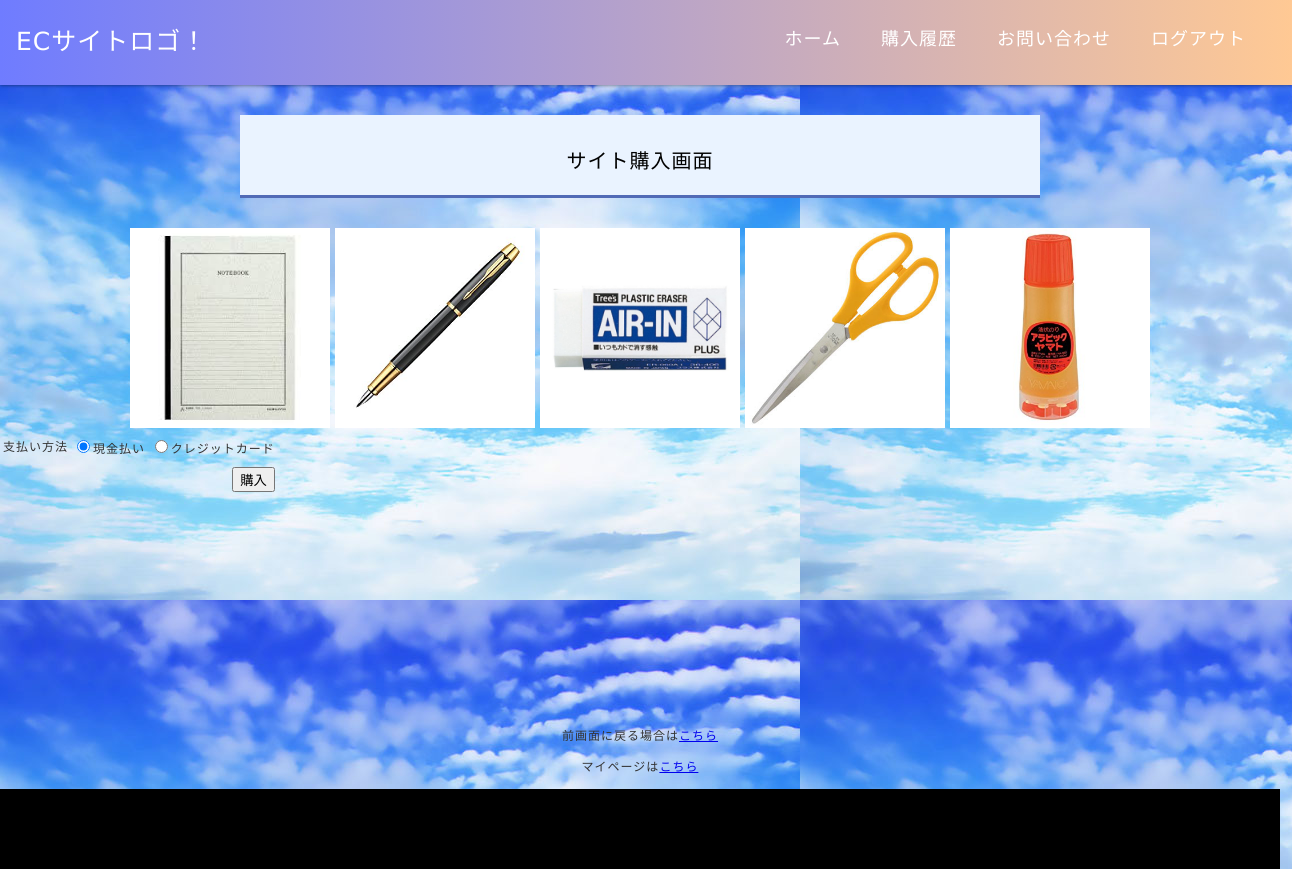
Repository: omosiromusic10/test
Page: http://localhost/ecsite/buyItem.jsp
The author's editor kept a copy of each file at every save. The page is drawn from the files as they stood at one save, then again after the next save.
The browser window is 1280 px wide. The page is 1292 px wide, so the pictures cover 1292 px, including what lies to the right of the window. The pictures show the whole page.
Some web libraries are served in a nearby version. The page is served by Tomcat 9. Other server files are loaded and not shown.

Above is the page before, as saved 2018-07-04 08:18:52.

### ecsite/WebContent/buyItem.jsp
<%@ page language="java" contentType="text/html; charset=UTF-8"
    pageEncoding="UTF-8"%>
<%@ taglib prefix="s" uri="/struts-tags" %>
<!DOCTYPE html PUBLIC "-//W3C//DTD HTML 4.01 Transitional//EN" "http://www.w3.org/TR/html4/loose.dtd">
<html>
<head>
<meta http-equiv="Content-Type" content="text/html; charset=UTF-8">
<meta http-equiv="Content-Style-Type" content="text/css" />
<meta http-equiv="Content-Script-Type" content="text/javascript" />
<meta http-equiv="imagetoolbar" content="no" />
<meta name="description" content=""/>
<meta name="keywords" content="" />
<script src="http://ajax.googleapis.com/ajax/libs/jquery/1.9.1/jquery.min.js"></script>
  <script type="text/javascript" src="https://ajax.googleapis.com/ajax/libs/jquery/3.1.1/jquery.min.js"></script>
<title>BuyItem画面</title>

<style type="text/css">
/* ========TAG LAYOUT======== */
body{
  margin: 0;
  padding: 0;
  line-height: 1.6;
  letter-spacing: 1px;
  font-family:Verdana, Helvetica, sans-serif;
  font-size: 12px;
  color: #333;
  background: #fff;
  background-image:url("./img/image6.jpg");
}
table .roop{
  text-align: center;
  margin: 0 auto;
  float: left;
}
table .notroop{
  clear:both;
  text-align: center;
  margin: 0 auto;
}
/* ========ID LAYOUT======== */
#top{
  width: 780px;
  margin: 30px auto;
  padding: 0.5em;
  color: #010101;
  font-size:20px;
  background: #eaf3ff;
  border-bottom: solid 3px #516ab6;
  height: 60px;
}
#header{
  width: 100%;
  height: 80px;
  osition: relative;
  padding: 0.2em 0.5em;
  background: -moz-linear-gradient(to right, rgb(111, 124, 255), #ffc994);
  background: -webkit-linear-gradient(to right, rgb(111, 124, 255), #ffc994);
  background: linear-gradient(to right, rgb(111, 124, 255), #ffc994);
  color: white;
  font-weight: lighter;
  box-shadow: 0 0 4px rgba(0, 0, 0, 0.56);
}
.logo{
  float:left;
  width:200px;
  padding-left:10px;
  color:white;
  font-size:25px;
  line-height:80px;
}

#header ul{
  float:right;
  line-height:50px;
}
#header ul li{
  float:left;
  list-style:none;
  padding-right:40px;
  color:white;
  font-size:18px;
}
.home a {
  text-decoration:none;
  color:white;
}
#main{
  width: 100%;
  height: 600px;
  text-align: center;
}
.image{
  padding-right :50px;
   padding-left :50px;
}
#back{
  clear: both;
  text-align: center;
  margin: 0 auto;
}
#footer{
  width: 100%;
  height: 80px;
  background-color: black;
  clear: both;
}

</style>
<script type="text/javascript">
    jQuery(function(){
    $(function(){
    $(".home a").hover(
    function(){
    	$(this).css("color","gray");
    },
    function(){
    	$(this).css("color","white");
    });
    });
    });
  </script>
</head>
<body>
    <div id="header">
        <div id="pr">
	 <div class="logo">ECサイトロゴ！</div>
	 <ul class="home">
	     <li><a href="home.jsp">ホーム</a></li><!--  ただhomeページに戻すだけ-->
	     <li><a href='<s:url action="MyPageAction"  />'>購入履歴</a></li>   <!-- これはMyPageActionを経由させつつ移動させなくてはいけない。 -->
	     <li><a href='<s:url action="InquiryAction" />'>お問い合わせ</a></li>  <!-- inquiryActioに連結させてそこからお問い合わせを出来るようにする -->
	     <li><a href='<s:url action="LogoutAction"  />'>ログアウト</a></li> <!-- これはlogoutActionを経由してつなげなくてはいけない。 -->
	 </ul>
	 </div>
        </div>
    <div id="main">
        <div id="top">
           <p>サイト購入画面</p>
        </div>
        <s:form action="BuyItemAction">
        <div class="image">
            <input type="image" src="./img/images.jpg"  width="200px" />
            <input type="image" src="./img/image2.jpg"  width="200px" />
            <input type="image" src="./img/image3.jpg"  width="200px" />
            <input type="image" src="./img/image4.jpg"  width="200px" />
            <input type="image" src="./img/image5.jpg"  width="200px" />
        </div>
            <s:iterator value="buyItemList">
                <table class="roop">
                <tr>
                    <td>
                        <span>商品名</span>
                    </td>
                    <td>
                        <s:property value="itemName" /><br>
                    </td>
                </tr>
                 <tr>
                    <td>
                        <span>値段</span>
                    </td>
                    <td>
                        <s:property value="itemPrice" /><span>円</span><br>
                    </td>
                </tr>
                 <tr>
                    <td>
                        <span>商品個数</span>
                    </td>
                    <td>
                        <select name="count">
                            <option value="0" selected="selected">0</option>
                            <option value="1">1</option>
                            <option value="2">2</option>
                            <option value="3">3</option>
                            <option value="4">4</option>
                            <option value="5">5</option>
                        </select>
                    </td>
                </tr>
                </table>
            </s:iterator>
            <table class="notroop">
                <tr>
                    <td>
                        <span>支払い方法</span>
                    </td>
                    <td>
                        <input type="radio" name="pay" value="1" checked="checked">現金払い
                         <input type="radio" name="pay" value="2">クレジットカード
                    </td>
                </tr>
                <tr>
                    <td>
                        <s:submit value="購入"/>
                    </td>
                </tr>
          </table>
              </s:form>
              </div>
                <div id ="back">
            <p>前画面に戻る場合は<a href='<s:url action="GoHomeAction" />'>こちら</a></p>
            <p>マイページは<a href='<s:url action="MyPageAction"  />'>こちら</a></p>
                </div>


<div id="footer">
    <div id="pr">
    </div>
</div>

</body>
</html>

After the next save:
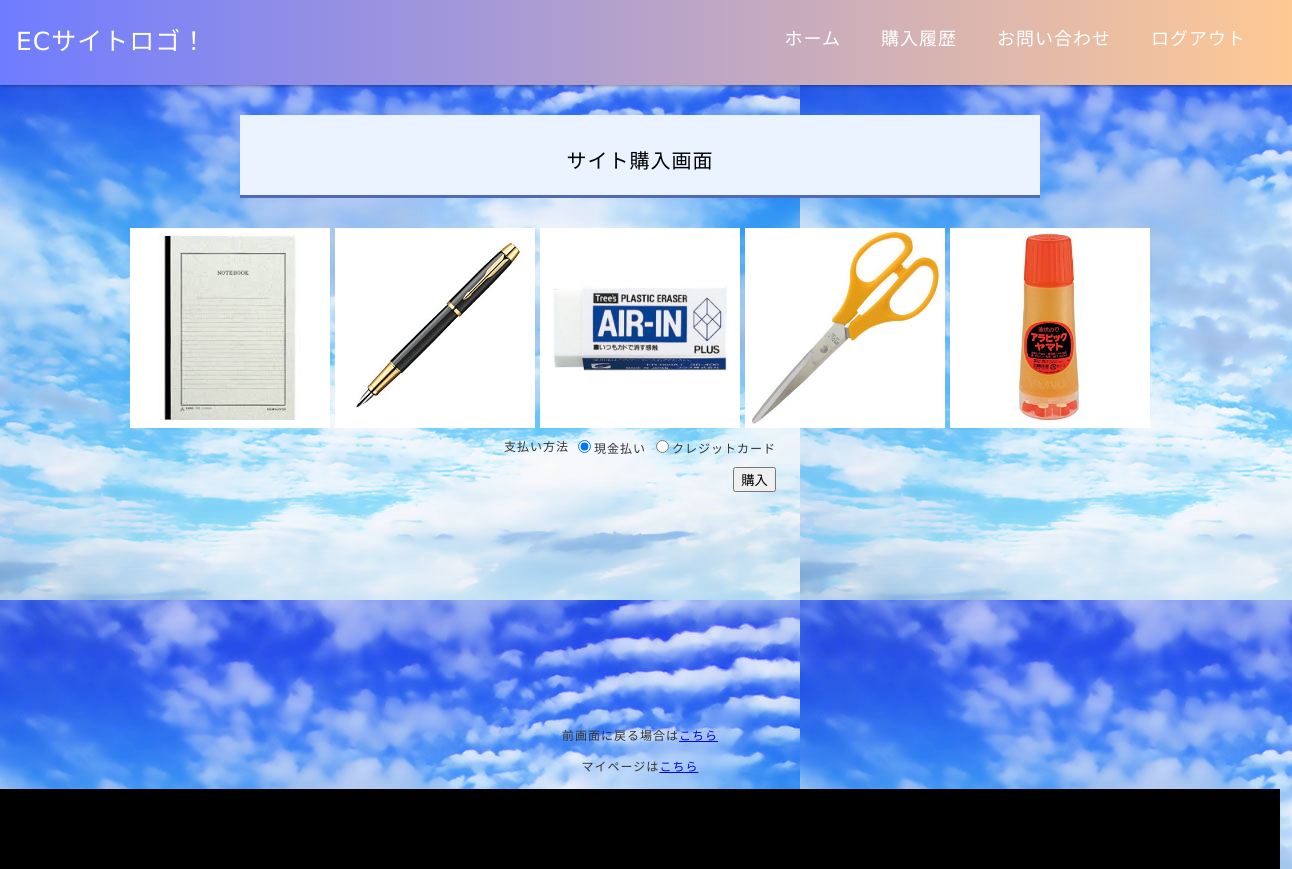
Saved 36 s later.
--- a/ecsite/WebContent/buyItem.jsp
+++ b/ecsite/WebContent/buyItem.jsp
@@ -27,15 +27,15 @@
   background: #fff;
   background-image:url("./img/image6.jpg");
 }
-table .roop{
+table{
   text-align: center;
   margin: 0 auto;
+}
+table .roop{
   float: left;
 }
 table .notroop{
   clear:both;
-  text-align: center;
-  margin: 0 auto;
 }
 /* ========ID LAYOUT======== */
 #top{
